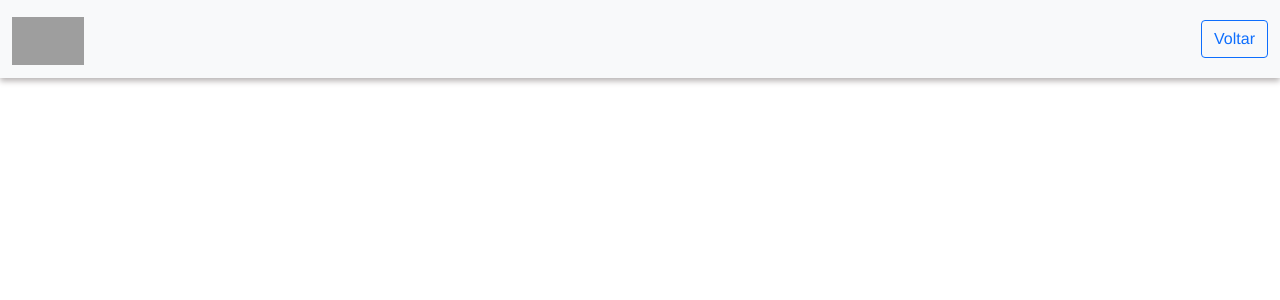
Repository: LuismGil/Countries-list
Page: /about
An editor plug-in stored every save of this project. The page is shown before and after the next save, followed by the edit.
The browser window is 1280 px wide. The pictures show the whole page.
Pictures or frames that could not be fetched are drawn as grey boxes. The project was rebuilt for these pictures with package versions that can differ from the ones it lists, and the page was loaded fresh each time.

Above is the page before, as saved 2021-05-22 19:06:00.

### public/index.html
<!DOCTYPE html>
<html lang="">
  <head>
    <meta charset="utf-8">
    <meta http-equiv="X-UA-Compatible" content="IE=edge">
    <meta name="viewport" content="width=device-width,initial-scale=1.0">
    <link rel="icon" href="<%= BASE_URL %>favicon.ico">
    <link href="https://cdn.jsdelivr.net/npm/bootstrap@5.0.1/dist/css/bootstrap.min.css" rel="stylesheet" integrity="sha384-+0n0xVW2eSR5OomGNYDnhzAbDsOXxcvSN1TPprVMTNDbiYZCxYbOOl7+AMvyTG2x" crossorigin="anonymous">
    <title><%= htmlWebpackPlugin.options.title %></title>
  </head>
  <body>
    <noscript>
      <strong>We're sorry but <%= htmlWebpackPlugin.options.title %> doesn't work properly without JavaScript enabled. Please enable it to continue.</strong>
    </noscript>
    <div id="app"></div>
    <!-- built files will be auto injected -->
  </body>
</html>

### src/App.vue
<template>
  <div id="app">
    <mv-header />

  </div>
</template>

<script>
import MvHeader from './components/MvHeader.vue';

export default {
  name: 'App',
  components: {
    MvHeader,
  },
};
</script>

<style>
#app {
  color: #2c3e50;
  font-family: Avenir, Helvetica, Arial, sans-serif;
  -webkit-font-smoothing: antialiased;
  -moz-osx-font-smoothing: grayscale;
  text-align: center;
}
</style>

### src/components/MvHeader.vue
<template>
<div>
  <nav class="navbar navbar-light bg-light navbar-shadow">
  <div class="container-fluid">
    <a class="navbar-brand" href="#">
      <img src="https://mova.vc/img/footer_mova.svg" alt="Mova Logo" width="72" height="48" class="d-inline-block align-text-top">
    </a>
    <mv-button></mv-button>
  </div>
  </nav>
</div>
</template>

<script>
import MvButton from './MvButton.vue';

export default {
  name: 'MvHeader',
  components: {
    MvButton,
  },

};
</script>

<style>
.navbar-shadow {
  box-shadow: 0px 3px 6px 0px #b6b2b2;
}
</style>

### src/components/MvButton.vue
<template>
  <div>
    <button type="button" class="btn btn-outline-primary">Voltar</button>
  </div>
</template>

<script>
export default {

};
</script>

<style>
.btn-color {
  border-color: rgb(155, 0, 186);
  color: rgb(155, 0, 186);
}

.btn-color:hover {
  color: rgb(155, 0, 186);
}

.btn-color:active {
  color: rgb(155, 0, 186);
}
</style>

Loaded but not shown: src/main.js (common file)

After the next save:
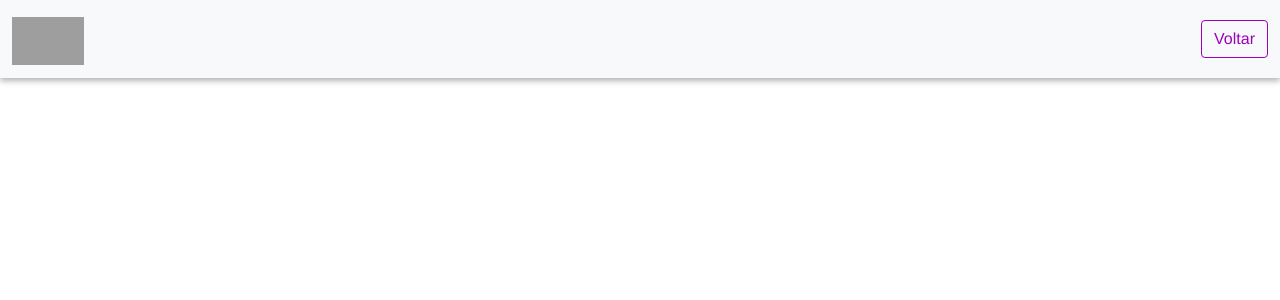
Saved 33 s later.
--- a/src/components/MvButton.vue
+++ b/src/components/MvButton.vue
@@ -1,6 +1,6 @@
 <template>
   <div>
-    <button type="button" class="btn btn-outline-primary">Voltar</button>
+    <button type="button" class="btn btn-outline btn-color">Voltar</button>
   </div>
 </template>
 
@@ -18,9 +18,7 @@ export default {
 
 .btn-color:hover {
   color: rgb(155, 0, 186);
+  background-color: ;
 }
 
-.btn-color:active {
-  color: rgb(155, 0, 186);
-}
 </style>

After the save that followed:
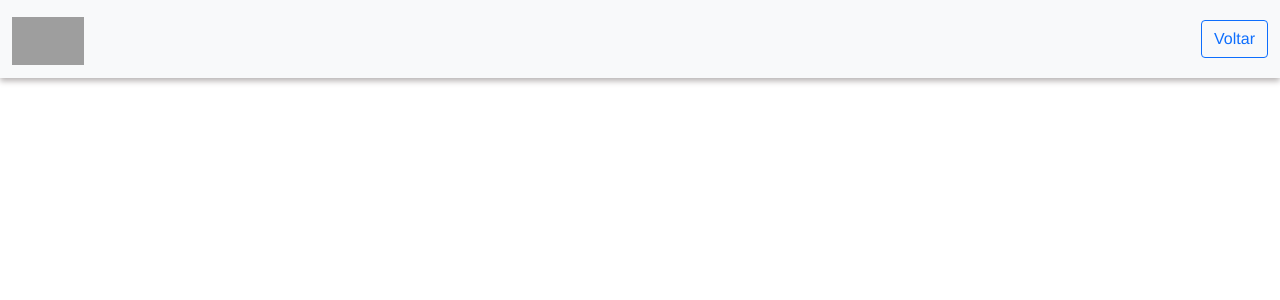
Saved 7 s later.
--- a/src/components/MvButton.vue
+++ b/src/components/MvButton.vue
@@ -1,6 +1,6 @@
 <template>
   <div>
-    <button type="button" class="btn btn-outline btn-color">Voltar</button>
+    <button type="button" class="btn btn-outline-primary">Voltar</button>
   </div>
 </template>
 
